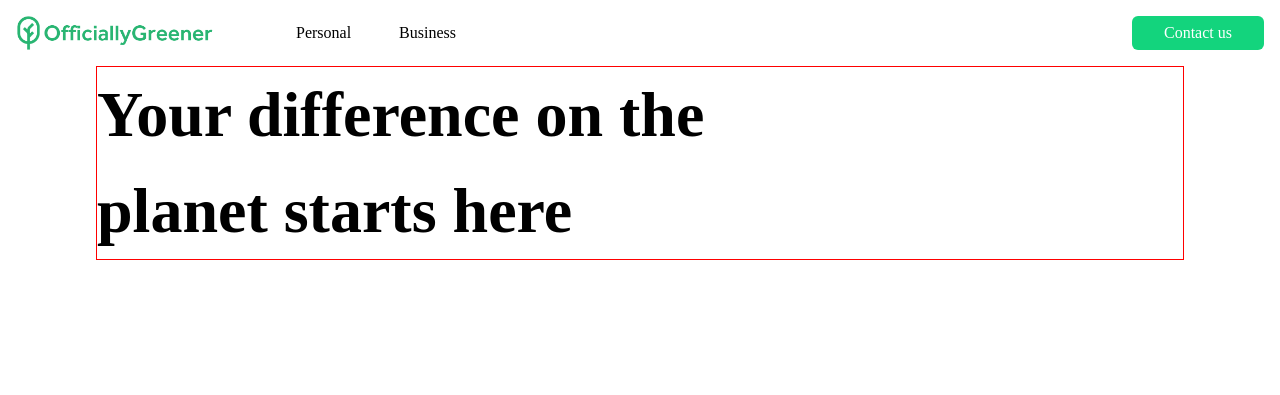
Repository: Sinkycode/Officially-Greener
Page: index.html
An editor plug-in stored every save of this project. The page is shown before and after a run of saves, followed by the edit.
The browser window is 1280 px wide. The pictures show the whole page.

Above is the page before, as saved 2023-03-07 21:05:29.

After the next 2 saves:
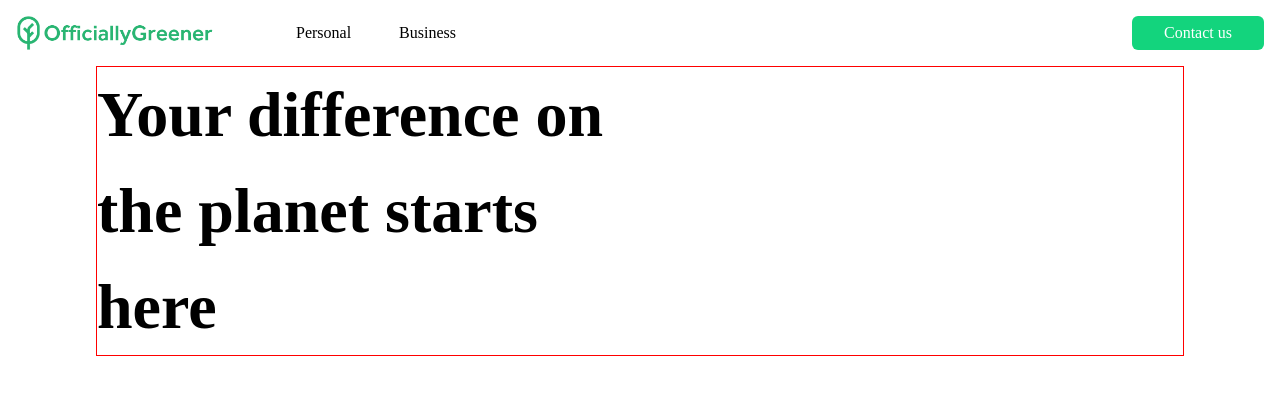
The 2 saves are shown as one change because they came seconds apart.
The last was saved 23 s later.
--- a/style.css
+++ b/style.css
@@ -85,4 +85,5 @@
 .landing-page__big-txt {
   font-size: clamp(2rem, 1rem + 10vw, 4rem);
   max-width: 60%;
+  width: 550px;
 }

After the save that followed:
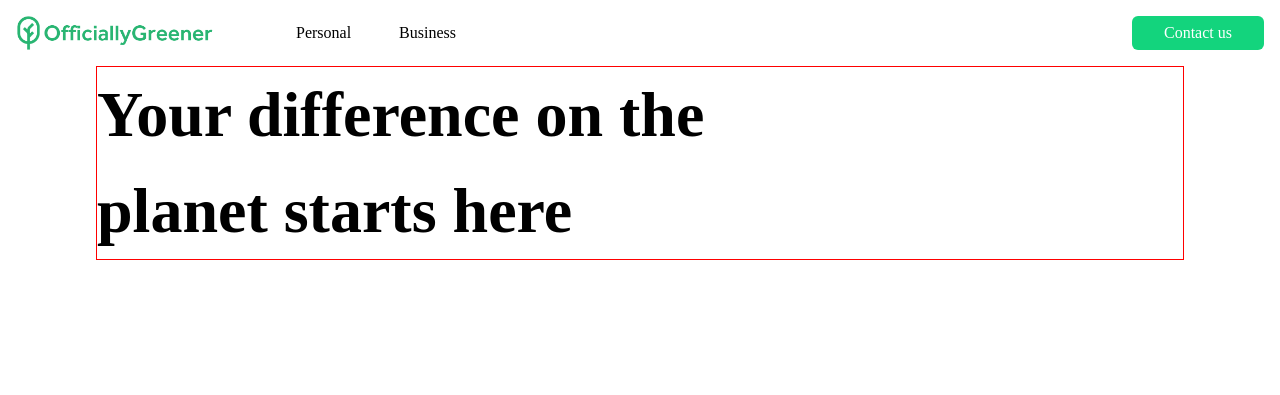
Saved 5 s later.
--- a/style.css
+++ b/style.css
@@ -85,5 +85,5 @@
 .landing-page__big-txt {
   font-size: clamp(2rem, 1rem + 10vw, 4rem);
   max-width: 60%;
-  width: 550px;
+  width: 100%;
 }
